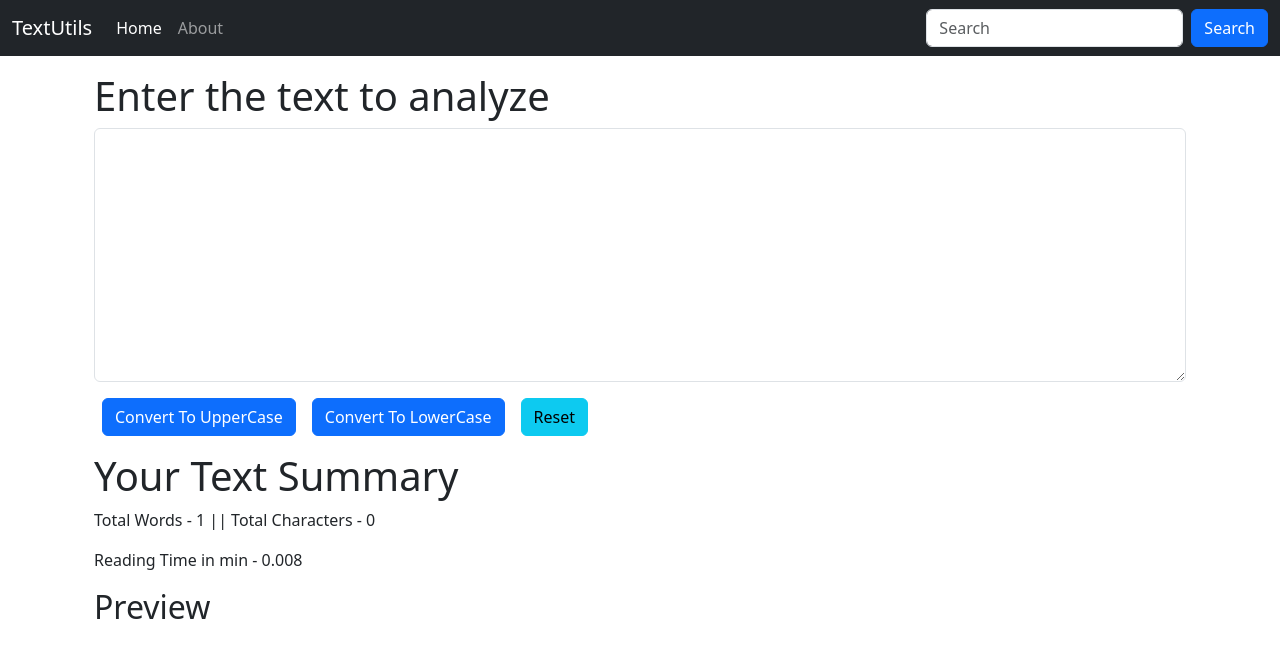
Repository: Rohit-foryou/Text-Utils
Page: /
The author's editor kept a copy of each file at every save. The page is drawn from the files as they stood at one save, then again after the next save.
The browser window is 1280 px wide. The pictures show the whole page.
The project was rebuilt for these pictures with package versions that can differ from the ones it lists, and the page was loaded fresh each time. Also part of the build but not shown: src/index.css, src/App.css.

Above is the page before, as saved 2023-12-20 21:33:01.

### public/index.html
<!DOCTYPE html>
<html lang="en">
  <head>
    <meta charset="utf-8" />
    <link rel="icon" href="%PUBLIC_URL%/favicon.ico" />
    <meta name="viewport" content="width=device-width, initial-scale=1" />
    <meta name="theme-color" content="#000000" />
    <meta
      name="description"
      content="Web site created using create-react-app"
    />
    <link rel="apple-touch-icon" href="%PUBLIC_URL%/logo192.png" />
    <link rel="manifest" href="%PUBLIC_URL%/manifest.json" />

    <!-- Bootstrap CSS -->
    <link href="https://cdn.jsdelivr.net/npm/bootstrap@5.3.2/dist/css/bootstrap.min.css" rel="stylesheet" integrity="sha384-T3c6CoIi6uLrA9TneNEoa7RxnatzjcDSCmG1MXxSR1GAsXEV/Dwwykc2MPK8M2HN" crossorigin="anonymous">

    <title>React App</title>
  </head>
  <body>
    <noscript>You need to enable JavaScript to run this app.</noscript>
    <div id="root"></div>

    <script src="https://cdn.jsdelivr.net/npm/bootstrap@5.3.2/dist/js/bootstrap.bundle.min.js" integrity="sha384-C6RzsynM9kWDrMNeT87bh95OGNyZPhcTNXj1NW7RuBCsyN/o0jlpcV8Qyq46cDfL" crossorigin="anonymous"></script>
  </body>
</html>

### src/App.js
import "./App.css";
import Navbar from "./components/Navbar";
import TextForm from "./components/TextForm";


function App() {
  return (
    <>
      <Navbar title = "TextUtils" aboutText = "About"/>
      <div className="container my-3">
      <TextForm heading = "Enter the text to analyze"/>
      </div>
    </>
  );
}

export default App;

### src/components/Navbar.js
import React from 'react'
import PropTypes from 'prop-types'


export default function Navbar(props) {
  return (
    <nav className="navbar navbar-expand-lg navbar-dark bg-dark">
        <div className="container-fluid">
          <a className="navbar-brand" href="/">{props.title}</a>
          <button className="navbar-toggler" type="button" data-bs-toggle="collapse" data-bs-target="#navbarSupportedContent" aria-controls="navbarSupportedContent" aria-expanded="false" aria-label="Toggle navigation">
            <span className="navbar-toggler-icon"></span>
          </button>
          <div className="collapse navbar-collapse" id="navbarSupportedContent">
            <ul className="navbar-nav me-auto mb-2 mb-lg-0">
              <li className="nav-item">
                <a className="nav-link active" aria-current="page" href="/">Home</a>
              </li>
              <li className="nav-item">
                <a className="nav-link" href="/">{props.aboutText}</a>
              </li>
            </ul>
            <form className="d-flex" role="search">
              <input className="form-control me-2" type="search" placeholder="Search" aria-label="Search"/>
              <button className="btn btn-primary" type="submit">Search</button>
            </form>
          </div>
        </div>
      </nav>
  )
}

Navbar.propTypes = {title: PropTypes.string.isRequired,
                     AboutText: PropTypes.string}

// Navbar.defaultProps = {
//     title: 'write title',
//     aboutText: 'About',
// }

### src/components/TextForm.js
import React, {useState} from 'react'


export default function TextForm(props) {
  const handleUpClick = ()=>{
      // console.log("uppercase is clicked" + text)
      let newText =  text.toUpperCase();
      setText(newText)
  }
  const handleLowClick = ()=>{
      let newText =  text.toLowerCase();
      setText(newText)
  }
  const handleClearClick = ()=>{
      let newText =  '';
      setText(newText)
  }
  const handleOnChange = (event)=>{
      // console.log("On change")
      setText(event.target.value)
  }
  const [text, setText] = useState('');
  return (
    <>
    <div className='container'>
        <h1>{props.heading}</h1>
        <div className="mb-3">
        <textarea className="form-control" value = {text} onChange={handleOnChange} id="myBox" rows="10"></textarea>
        </div>
        <button className="btn btn-primary mx-2" onClick={handleUpClick}>Convert To UpperCase</button>
        <button className="btn btn-primary mx-2" onClick={handleLowClick}>Convert To LowerCase</button>
        <button className="btn btn-info mx-2" onClick={handleClearClick}>Reset</button>
    </div>
    <div className="container my-3">
      <h1>Your Text Summary</h1>
      <p>Total Words - {text.split(" ").length} ||  Total Characters - {text.length}</p>
      <p>Reading Time in min - {0.008*text.split(" ").length}  </p>
      <h2>Preview</h2>
      <p>{text}</p>
    </div>
    </>
  )
}

Loaded but not shown: src/index.js (common file); src/reportWebVitals.js (common file)

After the next save:
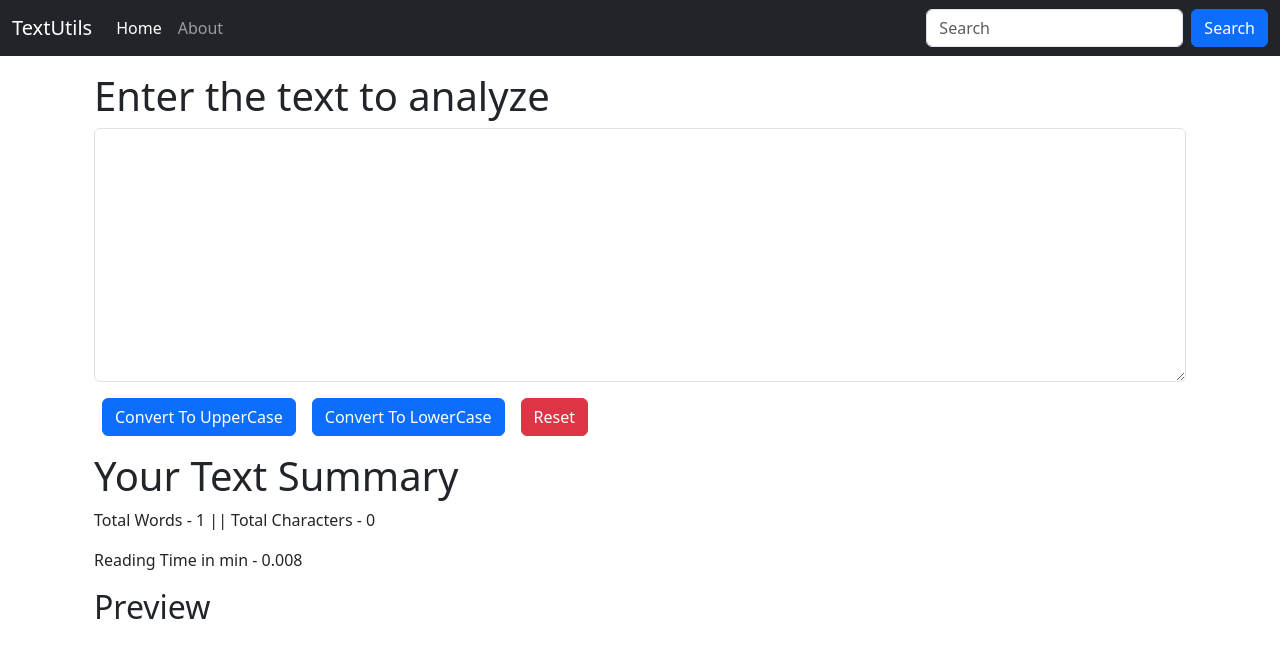
Saved 15 s later.
--- a/src/components/TextForm.js
+++ b/src/components/TextForm.js
@@ -29,7 +29,7 @@ export default function TextForm(props) {
         </div>
         <button className="btn btn-primary mx-2" onClick={handleUpClick}>Convert To UpperCase</button>
         <button className="btn btn-primary mx-2" onClick={handleLowClick}>Convert To LowerCase</button>
-        <button className="btn btn-info mx-2" onClick={handleClearClick}>Reset</button>
+        <button className="btn btn-danger mx-2" onClick={handleClearClick}>Reset</button>
     </div>
     <div className="container my-3">
       <h1>Your Text Summary</h1>
